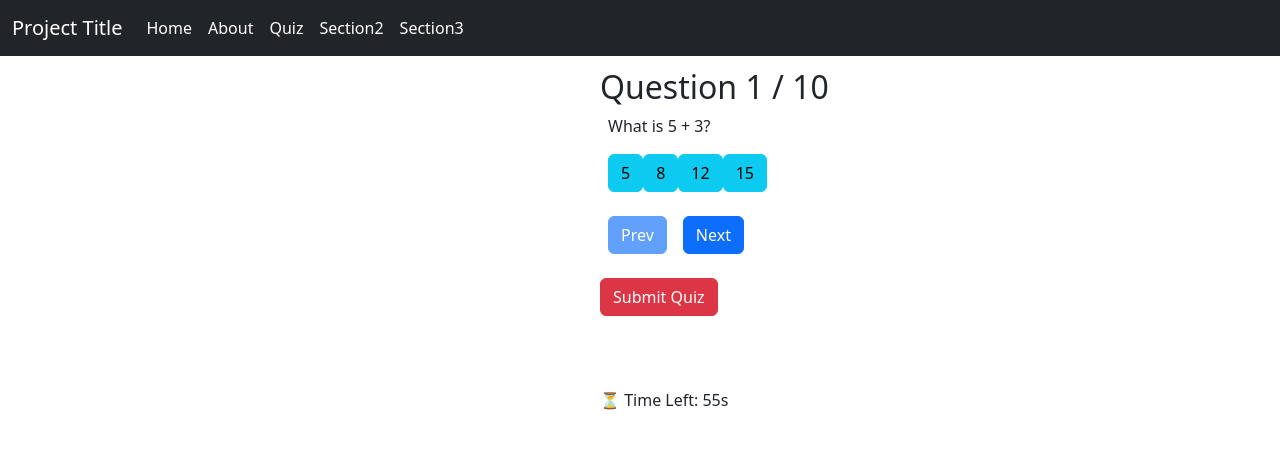
Repository: rahul-chakradhari/devquest
Page: /quiz (app in project/)
These files come from the project's save history. The page is drawn as it stood at one moment and after the next save; the edit follows.
The browser window is 1280 px wide. The pictures show the whole page.
The project was rebuilt for these pictures with package versions that can differ from the ones it lists, and the page was loaded fresh each time. Also part of the build but not shown: project/vite.config.js, project/src/components/Home.jsx, project/src/components/About.jsx, project/src/components/Section2.jsx, project/src/components/Section3.jsx, project/src/index.css.

Above is the page before, as saved 2025-02-23 13:27:27.

### project/index.html
<!DOCTYPE html>
<html lang="en">
  <head>
    <meta charset="UTF-8" />
    <link rel="icon" type="image/svg+xml" href="/vite.svg" />
    <meta name="viewport" content="width=device-width, initial-scale=1.0" />
    <title>Project</title>
    <link
      href="https://cdn.jsdelivr.net/npm/bootstrap@5.3.3/dist/css/bootstrap.min.css"
      rel="stylesheet"
      integrity="sha384-QWTKZyjpPEjISv5WaRU9OFeRpok6YctnYmDr5pNlyT2bRjXh0JMhjY6hW+ALEwIH"
      crossorigin="anonymous"
    />
  </head>
  <body>
    <div id="root"></div>
    <script type="module" src="/src/main.jsx"></script>
    <script
      src="https://cdn.jsdelivr.net/npm/bootstrap@5.3.3/dist/js/bootstrap.bundle.min.js"
      integrity="sha384-YvpcrYf0tY3lHB60NNkmXc5s9fDVZLESaAA55NDzOxhy9GkcIdslK1eN7N6jIeHz"
      crossorigin="anonymous"
    ></script>
  </body>
</html>

### project/src/App.jsx
import { useState } from "react";
import "./App.css";
import React from "react";
import { BrowserRouter as Router, Routes, Route } from "react-router-dom";
import Navbar from "./components/Navbar";
import Home from "./components/Home";
import About from "./components/About";

import Section2 from "./components/Section2";
import Section3 from "./components/Section3";
import Quiz from "./components/Quiz";

function App() {
  const [count, setCount] = useState(0);

  return (
    <>
      <Router>
        <Navbar />
        <Routes>
          <Route path="/about" element={<About />} />
          <Route path="/" element={<Home />} />
          <Route path="/quiz" element={<Quiz />} />
          <Route path="/section2" element={<Section2 />} />
          <Route path="/section3" element={<Section3 />} />
        </Routes>
      </Router>
    </>
  );
}

export default App;

### project/src/App.css
.right {
  width: 900px;
  height: 400px;
}
.stl,
.welcome {
  margin-left: 600px;
}
.left {
  font-size: 12px; /* Overall text size kam hoga */
}

.welcome {
  font-size: 18px; /* Heading ke liye */
}

.stl {
  font-size: 12px; /* Description text ke liye */
}
.welcome {
  margin-top: 2px;
}

.quiz-container {
  margin-left: 600px;
  margin-top: 12px;
}
.about {
  margin-left: 12px;
}

### project/src/components/Navbar.jsx
import React from "react";
import { Link, useNavigate } from "react-router-dom";

const Navbar = () => {
  const navigate = useNavigate();
  const isLoggedIn = localStorage.getItem("token"); // Check if token exists

  const handleLogout = () => {
    localStorage.removeItem("token");
    navigate("/login");
  };

  return (
    <div>
      <nav className="navbar navbar-expand-lg navbar-dark bg-dark">
        <div className="container-fluid">
          <a className="navbar-brand" href="#">
            Project Title
          </a>
          <button
            className="navbar-toggler"
            type="button"
            data-bs-toggle="collapse"
            data-bs-target="#navbarSupportedContent"
            aria-controls="navbarSupportedContent"
            aria-expanded="false"
            aria-label="Toggle navigation"
          >
            <span className="navbar-toggler-icon"></span>
          </button>
          <div className="collapse navbar-collapse" id="navbarSupportedContent">
            <ul className="navbar-nav me-auto mb-2 mb-lg-0">
              <li className="nav-item">
                <Link className="nav-link active" aria-current="page" to="/">
                  Home
                </Link>
              </li>
              <li className="nav-item">
                <Link
                  className="nav-link active"
                  aria-current="page"
                  to="/about"
                >
                  About
                </Link>
              </li>
              <li className="nav-item">
                <Link
                  className="nav-link active"
                  aria-current="page"
                  to="/quiz"
                >
                  Quiz
                </Link>
              </li>
              <li className="nav-item">
                <Link
                  className="nav-link active"
                  aria-current="page"
                  to="/section2"
                >
                  Section2
                </Link>
              </li>
              <li className="nav-item">
                <Link
                  className="nav-link active"
                  aria-current="page"
                  to="/section3"
                >
                  Section3
                </Link>
              </li>
            </ul>
          </div>
        </div>
      </nav>
    </div>
  );
};

export default Navbar;

### project/src/components/Quiz.jsx
import React, { useState, useEffect } from "react";
import { useNavigate } from "react-router-dom";

const questions = [
  { question: "What is 5 + 3?", options: ["5", "8", "12", "15"], answer: "8" },
  { question: "What is 10 - 6?", options: ["2", "4", "6", "8"], answer: "4" },
  { question: "Solve: 2 × 3", options: ["5", "6", "7", "8"], answer: "6" },
  { question: "What is 9 ÷ 3?", options: ["2", "3", "4", "5"], answer: "3" },
  {
    question: "Solve: 7 + 2 × 3",
    options: ["15", "13", "12", "18"],
    answer: "13",
  },
  {
    question: "What is 16 - 4 ÷ 2?",
    options: ["14", "10", "12", "8"],
    answer: "14",
  },
  {
    question: "Solve: 3 × 4 + 2",
    options: ["12", "14", "10", "16"],
    answer: "14",
  },
  {
    question: "What is 18 ÷ 2 - 5?",
    options: ["3", "4", "6", "9"],
    answer: "4",
  },
  {
    question: "Solve: (8 + 4) ÷ 2",
    options: ["4", "5", "6", "7"],
    answer: "6",
  },
  {
    question: "What is 5 × (2 + 3)?",
    options: ["20", "25", "30", "15"],
    answer: "25",
  },
];

const Quiz = () => {
  const [currentQuestion, setCurrentQuestion] = useState(0);
  const [selectedAnswer, setSelectedAnswer] = useState(null);
  const [score, setScore] = useState(0);
  const [timeLeft, setTimeLeft] = useState(60);
  const navigate = useNavigate();

  useEffect(() => {
    if (timeLeft === 0) {
      handleSubmit();
    }
    const timer = setInterval(
      () => setTimeLeft((prev) => (prev > 0 ? prev - 1 : 0)),
      1000
    );
    return () => clearInterval(timer);
  }, [timeLeft]);

  const handleNext = () => {
    if (selectedAnswer) {
      if (selectedAnswer === questions[currentQuestion].answer)
        setScore(score + 1);
      setSelectedAnswer(null);
      if (currentQuestion < questions.length - 1)
        setCurrentQuestion(currentQuestion + 1);
    } else {
      alert("Select an answer before proceeding!");
    }
  };

  const handlePrev = () => {
    if (currentQuestion > 0) setCurrentQuestion(currentQuestion - 1);
  };

  const handleSubmit = () => {
    navigate("/result", { state: { score, total: questions.length } });
  };

  return (
    <div className="quiz-container">
      <h2>
        Question {currentQuestion + 1} / {questions.length}
      </h2>
      <p className="question-text mx-2">
        {questions[currentQuestion].question}
      </p>
      <div className="options mx-2">
        {questions[currentQuestion].options.map((option, index) => (
          <button
            key={index}
            type="button"
            className={`btn ${
              selectedAnswer === option ? "btn-success" : "btn-info"
            }`}
            onClick={() => setSelectedAnswer(option)}
          >
            {option}
          </button>
        ))}
      </div>
      <br />
      <div className="quiz-controls">
        <button
          type="button"
          className="btn btn-primary mx-2"
          onClick={handlePrev}
          disabled={currentQuestion === 0}
        >
          Prev
        </button>
        <button
          type="button"
          className="btn btn-primary mx-2"
          onClick={handleNext}
        >
          Next
        </button>
      </div>
      <br />
      <div className="submit-section">
        <button type="button" className="btn btn-danger" onClick={handleSubmit}>
          Submit Quiz
        </button>
      </div>
      <br /> <br /> <br />
      <p className="timer">⏳ Time Left: {timeLeft}s</p>
    </div>
  );
};

export default Quiz;

Loaded but not shown: project/src/main.jsx (common file)

After the next save:
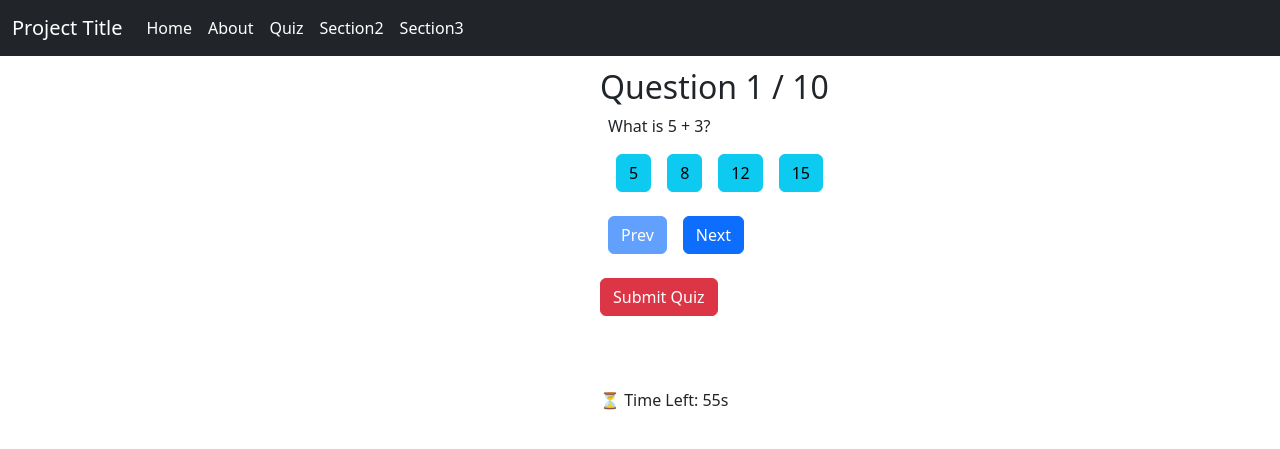
Saved 43 s later.
--- a/project/src/components/Quiz.jsx
+++ b/project/src/components/Quiz.jsx
@@ -89,7 +89,7 @@ const Quiz = () => {
           <button
             key={index}
             type="button"
-            className={`btn ${
+            className={`mx-2 btn ${
               selectedAnswer === option ? "btn-success" : "btn-info"
             }`}
             onClick={() => setSelectedAnswer(option)}
